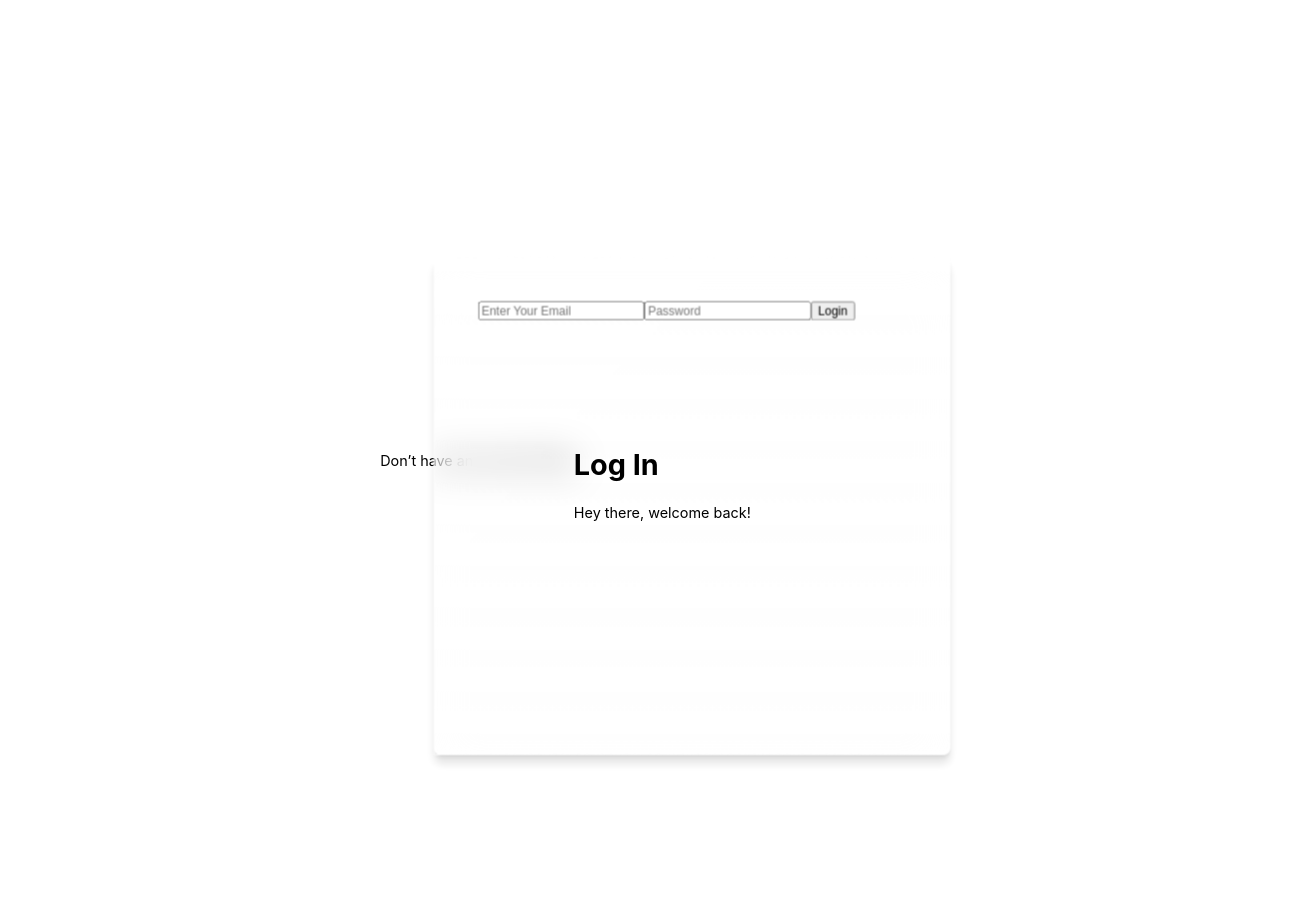
Repository: AfifaNoor/Admin_Panel-React-
Page: /
These files come from the project's save history. The page is drawn as it stood at one moment and after the next save; the edit follows.
The browser window is 1280 px wide. The page is 1440 px wide, so the pictures cover 1440 px, including what lies to the right of the window. The pictures show the whole page, at 90% of full size.
The project was rebuilt for these pictures with package versions that can differ from the ones it lists, and the page was loaded fresh each time. Also part of the build but not shown: src/SignUp.jsx.

Above is the page before, as saved 2025-07-10 14:57:08.

### src/App.js
import React from 'react'
import LoginPage from './LoginPage'
import { RouterProvider } from 'react-router-dom'
import Router from './Router'

const App = () => {
  return (
    <>
      {/* <RouterProvider router={Router}/> */}
      <LoginPage/>
    </>


  )
}

export default App

### src/LoginPage.jsx
import React, { useState } from 'react'
// import {Navigate, useNavigate} from 'react-router-dom';
import "./LoginPage.css"
import { ToastContainer, toast } from 'react-toastify';
import 'react-toastify/dist/ReactToastify.css';

const LoginPage = () => {
    const[email , setEmail]=useState('')
    const [password , setPassword] = useState('')
    // const navigate= useNavigate();

const handleSubmit =(e)=>{
    e.preventDefault();

 const hardcoreMail="login@gmail.com";
 const hardcorePassword = '1234567'

    if (email=== hardcoreMail && password === hardcorePassword){
        alert("Login Successfull")

    }else{
        alert("Invalid Credential")
    }

}



  return (
 <div className="login-container">

      <div className="signup-redirect">
        <p>
          Don’t have an account?{' '}
          {/* <span className="signup-link" onClick={() => navigate('/sign-up')}> */}
            {/* Sign Up */}
          {/* </span> */}
          <span className="signup-link" >
            Sign
          </span>
        </p>
      </div>

      <div className="title">
        <h1>Log In</h1>
        <p>Hey there, welcome back!</p>
      </div>

    <div>



    </div>

      <form className="login-form" onSubmit={handleSubmit}>
        <input
          type="email"
          className="form-input"
          value={email}
          placeholder="Enter Your Email"
          onChange={(e) => setEmail(e.target.value)}
          required
        />

        <input
          type="password"
          className="form-input"
          placeholder="Password"
          value={password}
          onChange={(e) => setPassword(e.target.value)}
          required
        />

        <button className="login-btn" type="submit">
          Login
        </button>

        {/* <ToastContainer /> */}
      </form>
    </div>
  );
}

export default LoginPage

### src/Router.jsx
import React from 'react';
import { createBrowserRouter , createRoutesFromElements , Route } from 'react-router-dom';
import LoginPage from './LoginPage';
import SignUp from './SignUp';

const Router = createBrowserRouter(
  createRoutesFromElements(
    <>

      <Route path='/sign-up' element={<SignUp/>}/>
      <Route path='login-page' element={<LoginPage/>}/>
    </>
  )
)

export default Router;

### src/LoginPage.css
.login-container {
  width: 1440px;
  height: 1024px;
  /* background: #FFFFFF; */
  opacity: 1;
  transform: rotate(0deg);
  display: flex;
  justify-content: center;
  align-items: center;
  background: linear-gradient(to bottom, rgba(255, 255, 255, 1), rgba(255, 255, 255, 1));


}

.login-form{
  width: 476px;
  height: 456px;
  position: absolute;
  top: 284.5px;
  left: 482px;
  border-radius: 8px;
  padding: 48px;
  gap: 10px;
  opacity: 1;

  z-index: 2;

  background: linear-gradient(180deg, rgba(255, 255, 255, 0) -9.58%, rgba(255, 255, 255, 0.052) 100%);
  border: 1px solid transparent;
  border-image-source: linear-gradient(93.78deg, #FFFFFF 8.04%, rgba(255, 255, 255, 0) 100%);
  border-image-slice: 1;


-webkit-backdrop-filter: blur(20px);
backdrop-filter: blur(20px);

box-shadow:
  0px 10px 10px 0px rgba(0, 0, 0, 0.10),
  0px 4px 4px 0px rgba(0, 0, 0, 0.05),
  0px 1px 0px 0px rgba(0, 0, 0, 0.05),
  inset 0px 20px 50px 0px rgba(255, 255, 255, 0.15);




}

.title h1 {
width: 380px;
height: 40px;
font-family: Inter;
font-weight: 600px;



}

.title{
  z-index: 3;
  width: 380px;
  height: 72px;
  opacity: 1;
  gap: 10px;

}

Loaded but not shown: public/index.html (common file); src/index.js (common file); src/index.css (common file); src/reportWebVitals.js (common file)

After the next save:
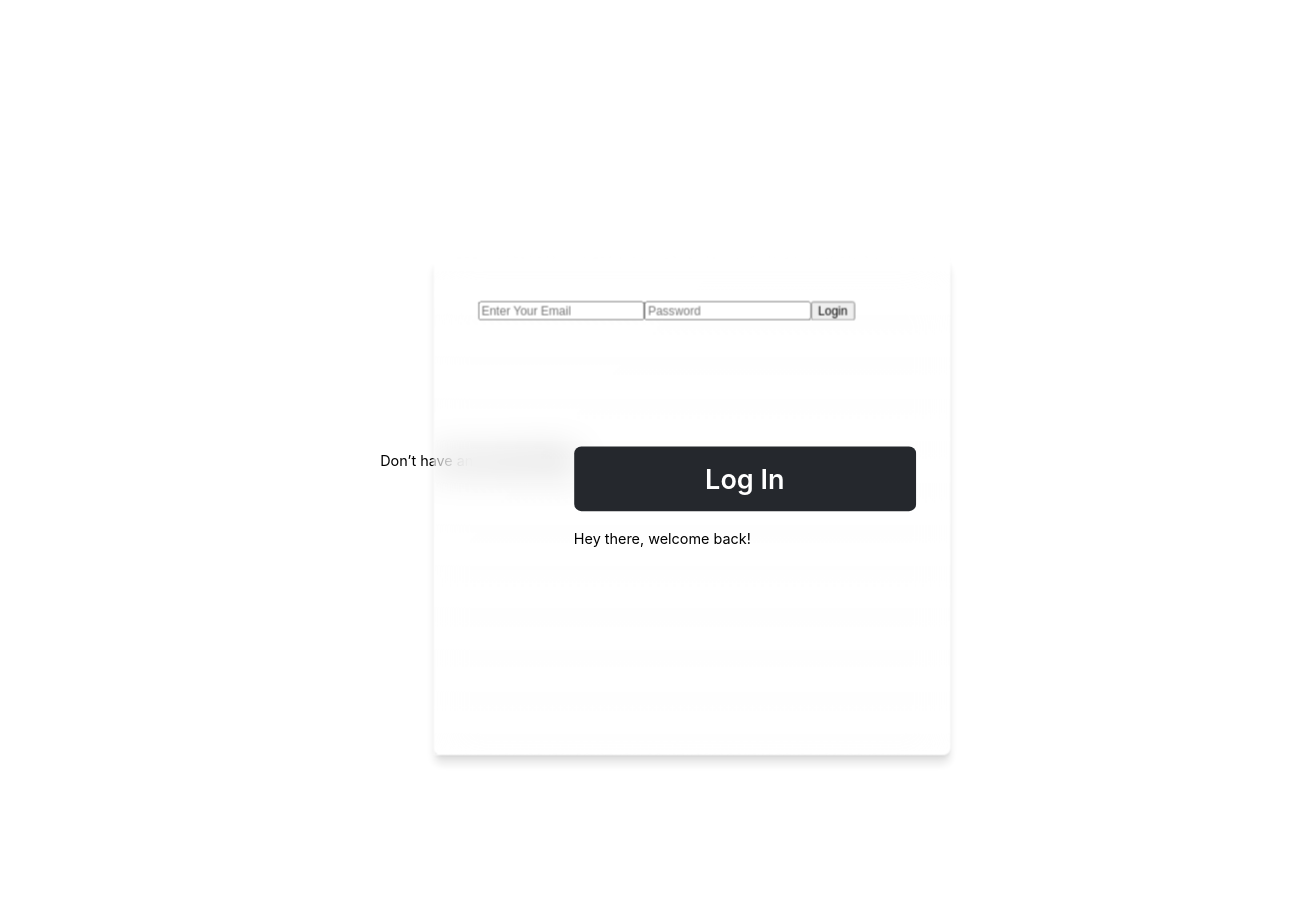
Saved 84 s later.
--- a/src/LoginPage.css
+++ b/src/LoginPage.css
@@ -46,11 +46,23 @@
 }
 
 .title h1 {
-width: 380px;
-height: 40px;
-font-family: Inter;
-font-weight: 600px;
+  width: 380px;
+  height: 72px;
+  background: rgba(37, 40, 45, 1); /* This is your requested Secondary/Gray/Darker color */
+  color: #FFFFFF;
+  border-radius: 8px;
 
+  font-family: 'Inter', sans-serif;
+  font-weight: 600;            /* Semi Bold is weight 600 in CSS */
+  font-size: 30px;
+  line-height: 40px;
+  letter-spacing: -1%;
+
+  display: flex;
+  align-items: center;
+  justify-content: center;
+
+  opacity: 1;
 
 
 }

After the save that followed:
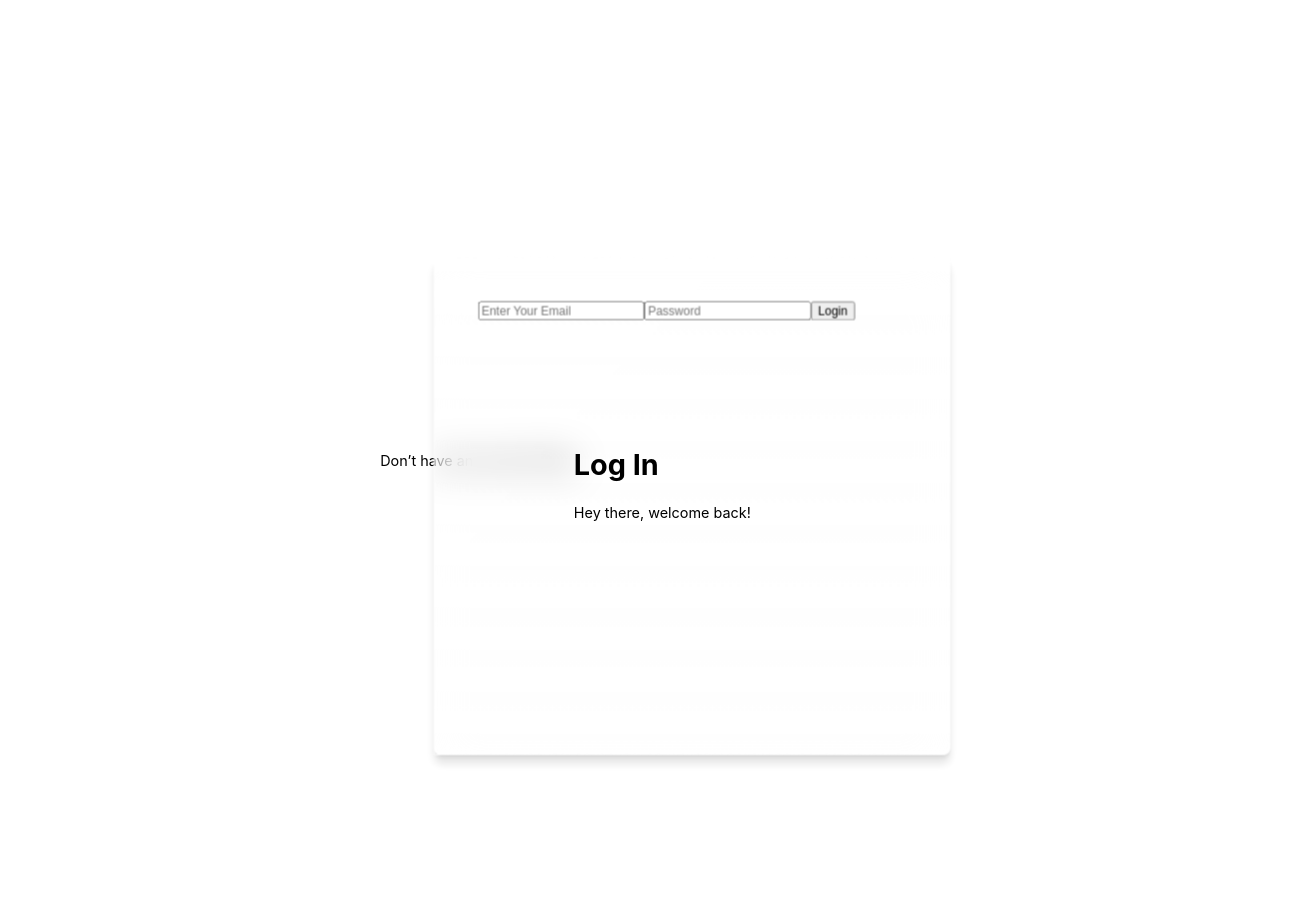
Saved 6 s later.
--- a/src/LoginPage.css
+++ b/src/LoginPage.css
@@ -46,23 +46,11 @@
 }
 
 .title h1 {
-  width: 380px;
-  height: 72px;
-  background: rgba(37, 40, 45, 1); /* This is your requested Secondary/Gray/Darker color */
-  color: #FFFFFF;
-  border-radius: 8px;
+width: 380px;
+height: 40px;
+font-family: Inter;
+font-weight: 600px;
 
-  font-family: 'Inter', sans-serif;
-  font-weight: 600;            /* Semi Bold is weight 600 in CSS */
-  font-size: 30px;
-  line-height: 40px;
-  letter-spacing: -1%;
-
-  display: flex;
-  align-items: center;
-  justify-content: center;
-
-  opacity: 1;
 
 
 }
